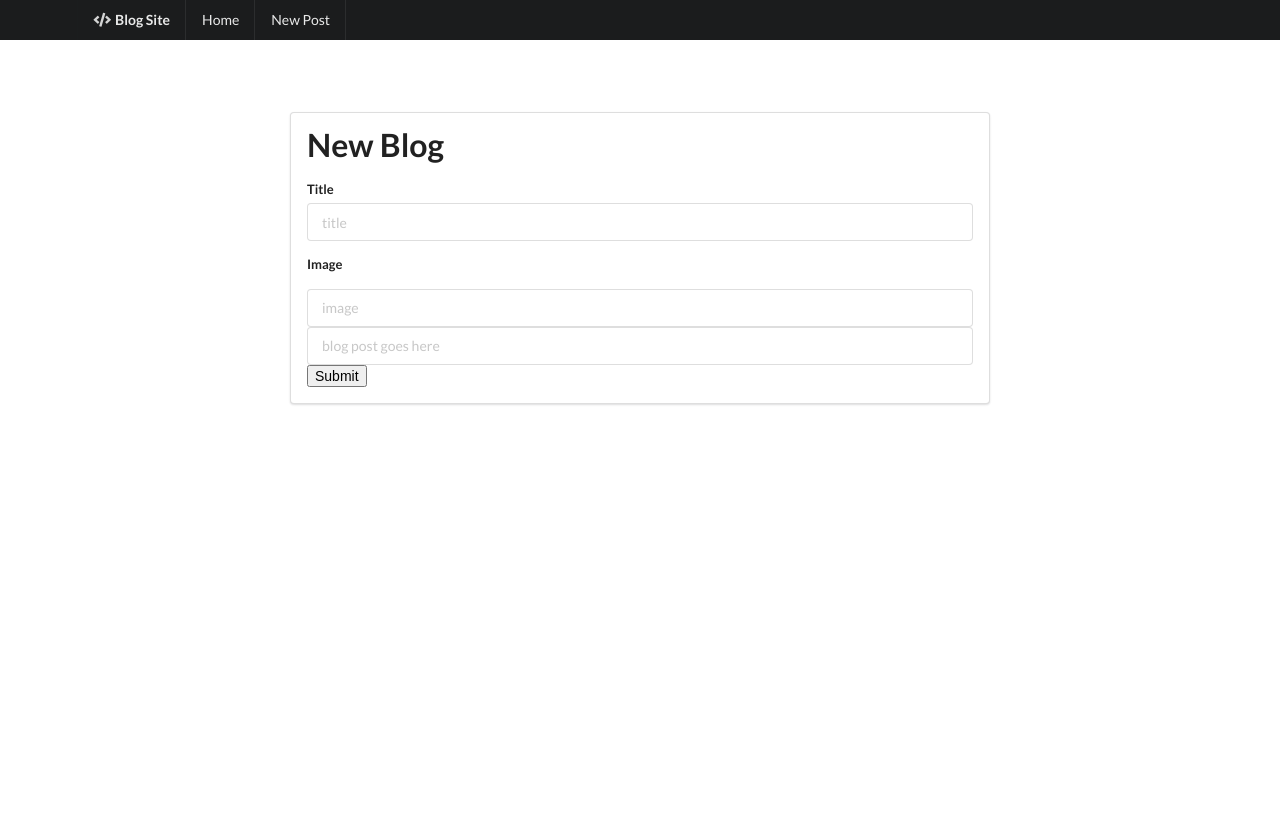
Repository: pruzic/webdevbootcamp
Page: http://localhost/blogs/new
The author's editor kept a record of every edit. The page is drawn from the files as they stood at one moment, then again after the next edit.
The browser window is 1280 px wide. The pictures show the whole page.
Some web libraries are served in a nearby version. The page is served by the project's Node server (RESTfulRouting/RESTfulBlogApp/app.js).

Above is the page before.

### workspace/RESTfulRouting/RESTfulBlogApp/views/new.ejs
<% include ./partials/header %>
<div class="ui main text container segment">
    <div class="ui huge header">
        New Blog
    </div>
    <form class="ui form" action="/blogs" method="POST">
        <div class="field">
            <label>Title</label>
            <input type="text" name="blog[title]" placeholder="title">
        </div>
        <div class="field">
            <label>Image</label>
        </div>
        <input type="text" name="blog[image]" placeholder="image">
        <input type="text" name="blog[body]" placeholder="blog post goes here">
        <input type="submit" value="Submit">
    </form>
</div>

<% include ./partials/footer %>

### workspace/RESTfulRouting/RESTfulBlogApp/views/partials/header.ejs
<!DOCTYPE html>
<html>
    <header>
        <title>Blog App</title>
       <link rel="stylesheet" type="text/css" href="https://cdnjs.cloudflare.com/ajax/libs/semantic-ui/2.2.9/semantic.min.css">
       <link rel="stylesheet" type="text/css" href="/stylesheets/app.css">
    </header>

    <body>
       <div class="ui fixed inverted menu">
           <div class="ui container">
               <div class="header item"><i class="code icon"></i>Blog Site</div>
               <a href="/" class="item">Home</a>
               <a href="/blogs/new" class="item">New Post</a>
           </div>
       </div>

### workspace/RESTfulRouting/RESTfulBlogApp/views/partials/footer.ejs

   </body>
</html>

### workspace/RESTfulRouting/RESTfulBlogApp/app.js
var bodyParser          = require("body-parser"),
    methodOverride      = require("method-override"),
    expressSanitizer    = require("express-sanitizer"),
    mongoose            = require("mongoose"),
    express             = require("express"),
    app                 = express();

    //APP CONFIG
    mongoose.connect("mongodb://localhost/restful_blog_app");
    app.set("view engine", "ejs");
    app.use(express.static("public"));
    app.use(bodyParser.urlencoded({extended: true}));
    app.use(expressSanitizer(""));
    app.use(methodOverride("_method"));


    // MONGOOSE/MODEL CONFIG
    var blogSchema = new mongoose.Schema({
        title: String,
        image: String,
        body: String,
        created: {type: Date, default: Date.now}
    })
    var Blog = mongoose.model("Blog", blogSchema);

    // ONE TIME CREATE A BLOG IN DB
    // Blog.create({
    //     title: "Test Blog",
    //     image: "https://encrypted-tbn1.gstatic.com/images?q=tbn:ANd9GcQL6jwEziP1elZBuKZ7m53LEIKTAfGF_Zb_SNH0DorE1M2X-ihl",
    //     body: "Hello this is a blog post!"
    // })

    //RESTFUL ROUTES

    app.get("/", function(req, res) {
        res.redirect("/blogs");
    })
     //INDEX ROUTE
    app.get("/blogs", function(req, res){
        Blog.find({}, function(err, allBlogs){
            if(err){
                console.log(err);
            }
            else
            {
                 res.render("index", {blogs: allBlogs});
            }
        })
    });

    //NEW ROUTE
    app.get("/blogs/new", function(req, res) {
        res.render("new");
    });

    //CREATE ROUTE
    app.post("/blogs", function(req, res) {
      //Sanitizer is used to check for any HTML tag and javascript
      //input from user and make sure it is not harmful, by removing javascript from text.
      req.body.blog.body = expressSanitizer(req.body.blog.body);
      Blog.create(req.body.blog, function(err, newBlog){
          if(err){
               res.render("new")
          }
          else{
              //then, redirect to the index
             res.redirect("/blogs");
          }
      });

    });

    //SHOW ROUTE
    app.get("/blogs/:id", function(req, res) {
        Blog.findById(req.params.id, function(err, blog){
            if(err){
                res.redirect("/blogs")
            }
            else
            {
                res.render("show", {blog:blog});
            }
        });

        // res.send("SHOW PAGE!");
    });

    //EDIT ROUTE
    app.get("/blogs/:id/edit", function(req, res) {
        Blog.findById(req.params.id, function(err, foundBlog){
            if(err){
                res.redirect("/blogs");
            }
            else
            {
                res.render("edit", {blog: foundBlog});
            }
        });

    });

    //UPDATE ROUTE
    app.put("/blogs/:id", function(req, res){
        Blog.findByIdAndUpdate(req.params.id, req.body.blog, function(err, updatedBlog){
            if(err){
                res.redirect("/blogs");
            }
            else{
                res.redirect("/blogs/"+req.params.id);
            }
        });
    });

    //DELETE ROUTE
    app.delete("/blogs/:id", function(req, res){

      Blog.findByIdAndRemove(req.params.id, function(err){
          if(err){
               res.redirect("/blogs");
          }
          else{
              res.redirect("/blogs");
          }
      });
    });

    app.listen(process.env.PORT, process.env.IP, function() {
        console.log("Server Started!");
    })

### workspace/RESTfulRouting/RESTfulBlogApp/public/stylesheets/app.css
.container.main{
    margin-top: 7.0em;
}

.icon{
    font-size: 1.5em;
}

After the next edit:
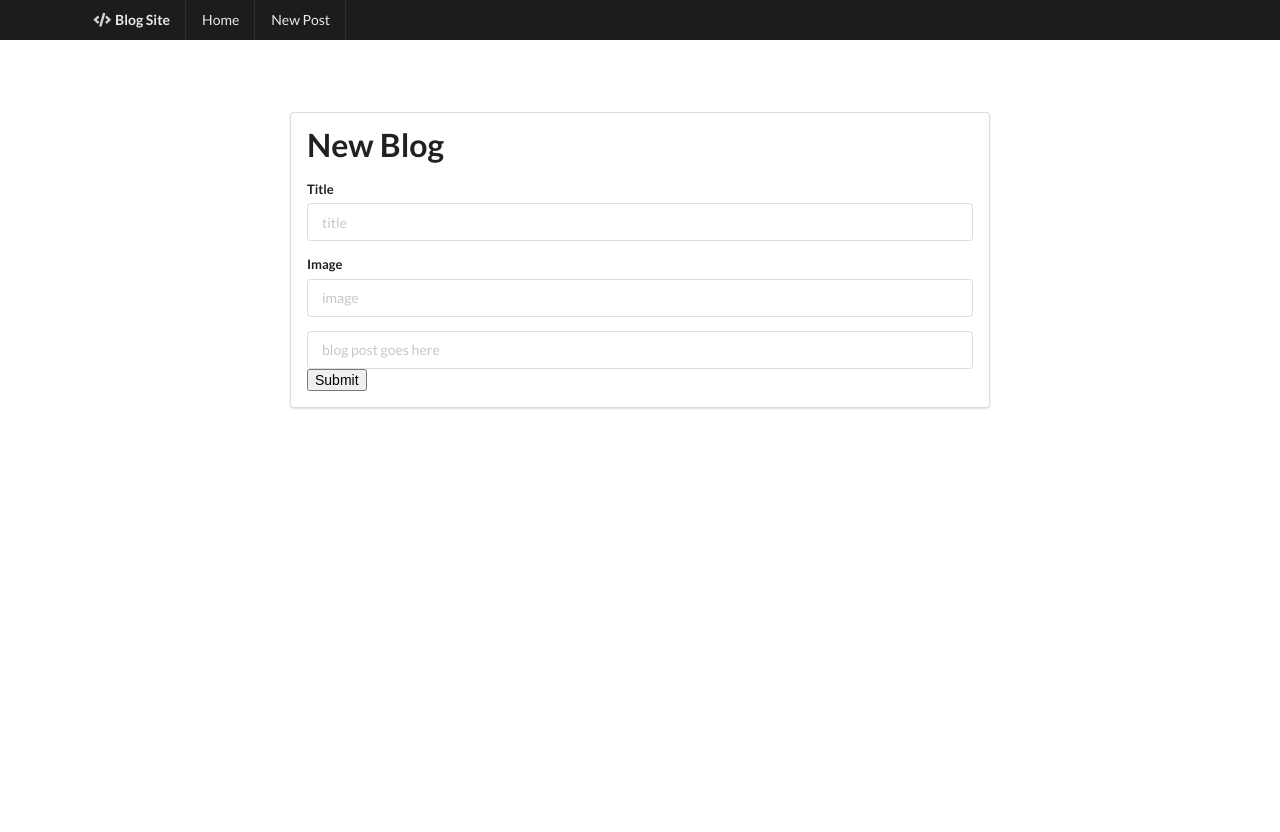
The edit:
--- a/workspace/RESTfulRouting/RESTfulBlogApp/views/new.ejs
+++ b/workspace/RESTfulRouting/RESTfulBlogApp/views/new.ejs
@@ -10,8 +10,9 @@
         </div>
         <div class="field">
             <label>Image</label>
+            <input type="text" name="blog[image]" placeholder="image">
         </div>
-        <input type="text" name="blog[image]" placeholder="image">
+
         <input type="text" name="blog[body]" placeholder="blog post goes here">
         <input type="submit" value="Submit">
     </form>
